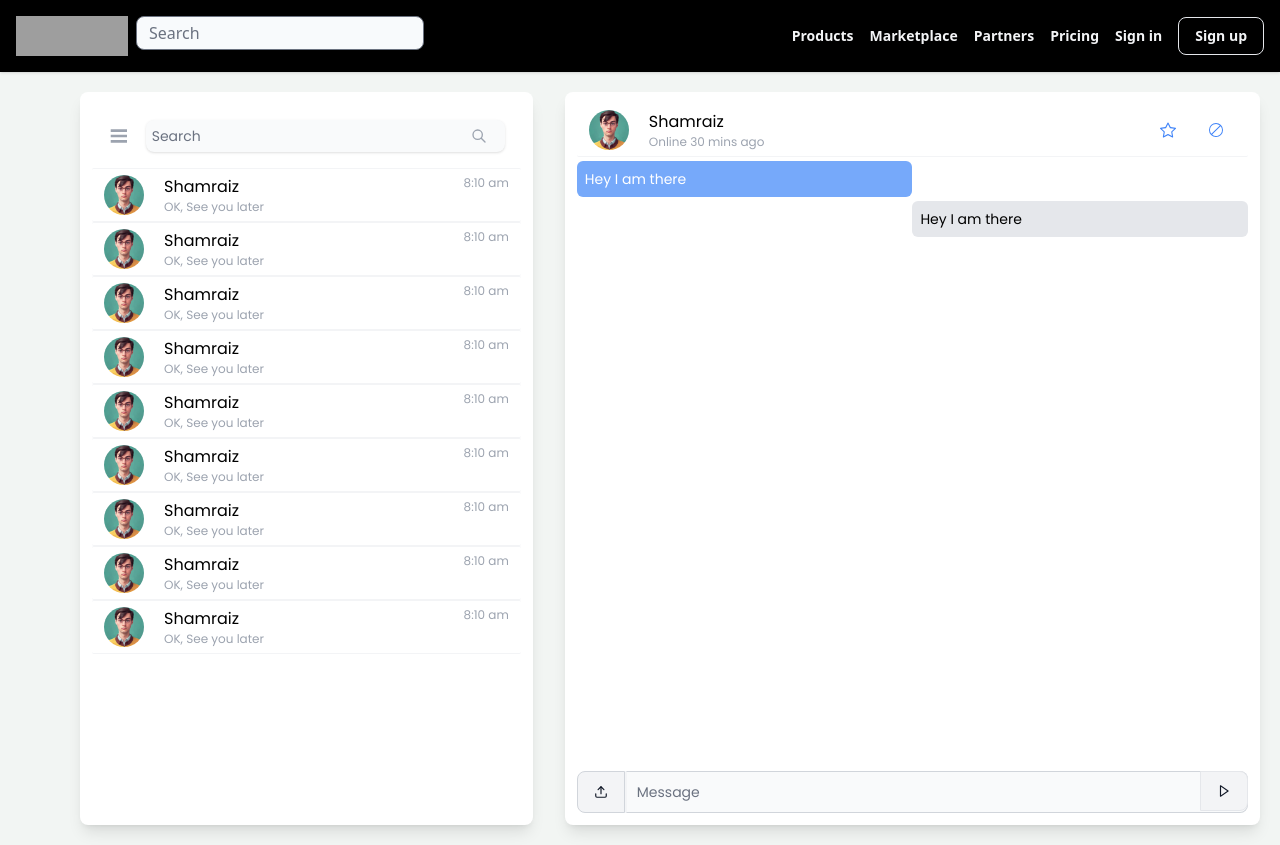
Repository: Shamraiz761/Frontend-Assessment
Page: /chat
These files come from the project's save history. The page is drawn as it stood at one moment and after the next save; the edit follows.
The browser window is 1280 px wide. The pictures show the whole page.
Pictures or frames that could not be fetched are drawn as grey boxes. The project was rebuilt for these pictures with package versions that can differ from the ones it lists, and the page was loaded fresh each time. Also part of the build but not shown: vite.config.js, src/routes/index.css, src/routes/root.jsx, src/pages/orders/index.jsx, src/pages/submission/index.jsx, src/pages/admin/index.css, src/components/admin/card.jsx, src/components/admin/addCard.jsx and 4 more. Imported but missing from the stored project, and not drawn on this page: src/pages/auth/login, src/pages/tasks, src/routes/profileLayout.

Above is the page before, as saved 2023-07-06 13:56:50.

### src/main.jsx
import ReactDOM from 'react-dom/client'

import React from 'react'

import App from './App.jsx'
import './index.css'

ReactDOM.createRoot(document.getElementById('root')).render(
  <React.StrictMode>
    <App />
  </React.StrictMode>,
)

### src/App.jsx
import React from 'react'
import { DndProvider } from 'react-dnd'
import { HTML5Backend } from 'react-dnd-html5-backend'
import 'flowbite'

import AppRoutes from './routes'

export default function App() {
  return (
    <DndProvider backend={HTML5Backend}>
      <AppRoutes />
    </DndProvider>
  )
}

### src/index.css
@import url("https://fonts.googleapis.com/css2?family=Poppins:wght@400;500;600;700;800;900&display=swap");

@tailwind base;
@tailwind components;
@tailwind utilities;

* {
  margin: 0;
  padding: 0;
}

body {
  margin: 0;
  font-family: "Poppins", -apple-system, BlinkMacSystemFont, "Segoe UI",
    "Roboto", "Oxygen", "Ubuntu", "Cantarell", "Fira Sans", "Droid Sans",
    "Helvetica Neue", sans-serif;
  -webkit-font-smoothing: antialiased;
  -moz-osx-font-smoothing: grayscale;
  width: 100vw;
  overflow-x: hidden;
  background-color: #f2f5f3;
  /* background: linear-gradient(180deg, #faefe8 0%, #edc7ac 100%); */
}

code {
  font-family: source-code-pro, Menlo, Monaco, Consolas, "Courier New",
    monospace;
}

.pointer-cursor {
  cursor: pointer;
}

.cusBorder {
  border: 1px solid #000;
  border-radius: 5px;
}

img {
  cursor: pointer;
}
.errors {
  color: #dc3545;
  padding: 0;
  margin: 0;
  font-size: 12px;
}
.loader {
  position: fixed;
  top: 0;
  bottom: 0;
  left: 0;
  right: 0;
  background-color: rgba(47, 151, 161, 0.32);

  display: flex;
  justify-content: center;
  align-items: center;
}

.link {
  color: #000;
  cursor: pointer;
  text-decoration: none;
}
.link:hover {
  color: #000;
}

.trans-btn {
  background-color: transparent;
  border: none;
}
.profile-logout-btn {
  border: 0;
}
.profile-logout-btn:hover {
  border: 0;
}
.profile-btn {
  border-radius: 0;
  border: 0;
}
.logout-btn {
  border-radius: 0;
  border: 0;
}
.logout-btn:hover {
  background-color: rgba(220, 53, 69, 0.5);
  border: 0;
  color: #fff;
}
.breadcrumbs ul {
  list-style: none;
  display: inline-block;
}

.breadcrumbs ul li {
  display: inline;
}

.breadcrumbs ul li .bc-link {
  /* display: block; */
  width: max-content;
  background-color: #f8f9fa;
  padding: 6px 15px 6px 25px;
  text-align: center;
  position: relative;
  margin: 0 10px 0 0;
  font-size: 15px;
  text-decoration: none;
  color: #000;
}
.breadcrumbs ul li .bc-link::after {
  content: "";
  border-top: 17px solid transparent;
  border-bottom: 17px solid transparent;
  border-left: 17px solid #f8f9fa;
  position: absolute;
  top: 0;
  right: -17px;
  z-index: 1;
}
.breadcrumbs ul li .bc-link::before {
  content: "";
  border-top: 17px solid transparent;
  border-bottom: 17px solid transparent;
  border-left: 17px solid #71cdd5;
  position: absolute;
  top: 0;
  left: 0;
}
.breadcrumbs ul li:first-child .bc-link {
  border-top-left-radius: 5px;
  border-bottom-left-radius: 5px;
}
.breadcrumbs ul li:first-child .bc-link::before {
  display: none;
}

.breadcrumbs ul li:last-child .bc-link {
  padding-right: 20px;
  border-top-right-radius: 5px;
  border-bottom-right-radius: 5px;
}
.breadcrumbs ul li:last-child .bc-link::after {
  display: none;
}

@media screen and (max-width: 500px) {
  .breadcrumbs ul li .bc-link {
    /* display: block; */
    padding: 2px 2px 2px 13px;
    /* margin: 0 10px 0 0; */
    font-size: 14px;
  }

  .breadcrumbs ul li .bc-link::after {
    content: "";
    border-top: 11.6px solid transparent;
    border-bottom: 11.6px solid transparent;
    border-left: 11.6px solid #f8f9fa;
    position: absolute;
    top: 0;
    right: -11.6px;
    z-index: 1;
  }
  .breadcrumbs ul li .bc-link::before {
    content: "";
    border-top: 11.6px solid transparent;
    border-bottom: 11.6px solid transparent;
    border-left: 11.6px solid #71cdd5;
    position: absolute;
    top: 0;
    left: 0;
  }
  .breadcrumbs ul li:last-child .bc-link {
    padding-right: 5px;
  }
}

@media screen and (max-width: 350px) {
  .breadcrumbs ul li .bc-link {
    /* display: block; */
    padding: 2px 2px 2px 12px;
    /* margin: 0 10px 0 0; */
    font-size: 10px;
  }

  .breadcrumbs ul li .bc-link::after {
    content: "";
    border-top: 9px solid transparent;
    border-bottom: 9px solid transparent;
    border-left: 9px solid #f8f9fa;
    position: absolute;
    top: 0;
    right: -9px;
    z-index: 1;
  }
  .breadcrumbs ul li .bc-link::before {
    content: "";
    border-top: 9px solid transparent;
    border-bottom: 9px solid transparent;
    border-left: 9px solid #edc7ac;
    position: absolute;
    top: 0;
    left: 0;
  }
  .breadcrumbs ul li:last-child .bc-link {
    padding-right: 5px;
  }
}

/* ********************************************** */

### src/routes/index.jsx
import {
  createBrowserRouter,
  createRoutesFromElements,
  RouterProvider,
  Route,
} from "react-router-dom";

import * as React from "react";

import Layout from "./layout";
import Root from "./root";

import Login from "../pages/auth/login";
import Chat from "../pages/chat";
import UserChat from "../components/chat/userChat";
import ProfileLayout from "./profileLayout";
import Tasks from "../pages/tasks";
import Orders from "../pages/orders";
import Submission from "../pages/submission";
import Admin from "../pages/admin";
import MarketPlace from "../pages/marketplace";
import View from "../pages/view";

export default function AppRoutes() {
  const router = createBrowserRouter(
    createRoutesFromElements(
      <Route>
        <Route path="/login" element={<Login />} />

        <Route element={<Layout />}>
          <Route path="/chat" element={<Chat />}>
            <Route path="userchat" element={<UserChat />} />
          </Route>
          <Route path="/marketplace" element={<MarketPlace />} />
          <Route path="/view" element={<View />} />

          <Route path={"/"} element={<ProfileLayout />}>
            {/* Add Task order payment submit route here */}
            <Route path="/admin" element={<Admin />} />
            <Route path="/" element={<Tasks />} />
            <Route path="/orders" element={<Orders />} />
            <Route path="/tasks" element={<Tasks />} />
            <Route path="/submission" element={<Submission />} />
          </Route>
        </Route>
      </Route>
    )
  );

  return <RouterProvider router={router} />;
}

### src/routes/layout.jsx
import { Link, Outlet, useLocation, useNavigate } from "react-router-dom";
import { Gi3DGlasses } from "react-icons/gi";
import { CgProfile } from "react-icons/cg";
import { BsArrowLeft, BsFillChatSquareTextFill } from "react-icons/bs";
import { MdOutlineDashboard, MdOutlineCastForEducation } from "react-icons/md";
import "./index.css";

import React, { useState } from "react";
import Header from "../components/header/index";

export default function Layout() {
  const [open, setOpen] = useState(false);
  const [type, setType] = useState(false);
  const navigate = useNavigate();

  const { pathname } = useLocation();

  const sc =
    "rounded-md text-xs flex items-center gap-x-4 cursor-pointer bg-gray-50 text-blue-500 py-4 p-2";
  const uc =
    "rounded-md text-gray-500  text-xs flex items-center gap-x-4 cursor-pointer hover:bg-gray-50 hover:text-blue-500 py-4 p-2";

  return (
    <div>
      <Header />

      <div className={`${open ? "ml-56" : "ml-[60px]"}`}>
        <Outlet />
      </div>
    </div>
  );
}

### src/pages/chat/index.jsx
import { VscThreeBars } from "react-icons/vsc";

import React from "react";

import UserChat from "../../components/chat/userChat";
import ChatsCard from "../../components/chat/chatsCard";

function Chat() {
  return (
    <div className="m-5 grid grid-cols-1 md:grid-cols-5  gap-8 flex-wrap">
      <div className="col-span-1 md:col-span-2 p-3 bg-white rounded-lg shadow-lg min-h-screen">
        <form className="m-4">
          <div className="flex items-center">
            <VscThreeBars className=" mr-4   rounded-lg text-gray-400 cursor-pointer text-2xl" />
            <div className="relative w-full  ">
              <input
                type="search"
                id='location-search"'
                className=" p-1.5 w-full focus:ring-gray-300  z-20 text-sm text-gray-200 bg-gray-50 shadow rounded-lg"
                placeholder="Search"
                required
                style={{ border: "none", outline: "none" }}
              />

              <button
                type="submit"
                className="absolute top-0 right-0 p-1.5 text-sm font-medium text-gray-400  rounded-r-lg   "
              >
                <svg
                  aria-hidden="true"
                  className="w-4 h-4 mr-3 mt-0.5"
                  fill="none"
                  stroke="currentColor"
                  viewBox="0 0 24 24"
                  xmlns="http://www.w3.org/2000/svg"
                >
                  <path
                    strokeLinecap="round"
                    strokeLinejoin="round"
                    strokeWidth={2}
                    d="M21 21l-6-6m2-5a7 7 0 11-14 0 7 7 0 0114 0z"
                  />
                </svg>
                <span className="sr-only">Search</span>
              </button>
            </div>
          </div>
        </form>
        <ChatsCard />
        <ChatsCard />
        <ChatsCard />
        <ChatsCard />
        <ChatsCard />
        <ChatsCard />
        <ChatsCard />
        <ChatsCard />
        <ChatsCard />
      </div>

      <UserChat />
    </div>
  );
}

export default Chat;

### src/components/chat/userChat.jsx
import { VscCircleSlash } from "react-icons/vsc";
import { BsStar } from "react-icons/bs";
import { FiUpload } from "react-icons/fi";
import { BiRightArrow } from "react-icons/bi";

import React from "react";

import Profile from "../../assets/images/profilePic.jpg";

function UserChat() {
  return (
    <div className="col-span-1 md:col-span-3 p-3  bg-white rounded-lg shadow-lg overflow-y">
      {" "}
      <div className="flex flex-row  px-3 py-1.5  border-b border-gray-100 rounded-sm ">
        <img src={Profile} className="h-10 w-10 rounded-full" />
        <div className="ml-5 flex flex-row justify-between w-full ">
          <div>
            {" "}
            <h1>Shamraiz</h1>{" "}
            <p className="text-xs font-thin text-gray-400">
              Online 30 mins ago
            </p>
          </div>
          <div className="flex flex-row items-center">
            <BsStar className="text-blue-500 mr-8" />
            <VscCircleSlash className="text-blue-500 mr-3" />
          </div>
        </div>
      </div>
      <div className="chats ">
        <p className="text-sm bg-blue-400 rounded-md my-1 p-2 text-white flex flex-col  justify-end w-1/2">
          Hey I am there
        </p>

        <p className="text-sm bg-gray-200 rounded-md p-2  flex flex-col float-right justify-end w-1/2">
          Hey I am there
        </p>
      </div>
      <div
        className="flex flex-col w-full  justify-end "
        style={{ height: "80vh" }}
      >
        <form className=" ">
          <div className="flex">
            <button
              id="dropdown-button"
              data-dropdown-toggle="dropdown"
              className="flex-shrink-0 z-10 inline-flex items-center py-2.5 px-4 text-sm font-medium text-center text-gray-900 bg-gray-100 border border-gray-300 dark:border-gray-700 dark:text-white rounded-l-lg hover:bg-gray-200  focus:outline-none "
              type="button"
            >
              <FiUpload />
            </button>
            <div
              id="dropdown"
              className="z-10 hidden bg-white divide-y divide-gray-100 rounded-lg shadow w-44 dark:bg-gray-700"
            >
              <ul
                className="py-2 text-sm text-gray-700 dark:text-gray-200"
                aria-labelledby="dropdown-button"
              >
                <li>
                  <a
                    href="#"
                    className="block px-4 py-2 hover:bg-gray-100 dark:hover:bg-gray-600 dark:hover:text-white"
                  >
                    Photo
                  </a>
                </li>
                <li>
                  <a
                    href="#"
                    className="block px-4 py-2 hover:bg-gray-100 dark:hover:bg-gray-600 dark:hover:text-white"
                  >
                    Vedio
                  </a>
                </li>
                <li>
                  <a
                    href="#"
                    className="block px-4 py-2 hover:bg-gray-100 dark:hover:bg-gray-600 dark:hover:text-white"
                  >
                    Document
                  </a>
                </li>
                <li>
                  <a
                    href="#"
                    className="block px-4 py-2 hover:bg-gray-100 dark:hover:bg-gray-600 dark:hover:text-white"
                  >
                    Finance
                  </a>
                </li>
              </ul>
            </div>
            <div className="relative w-full">
              <input
                type="search"
                id="search-dropdown"
                className="block p-2.5 w-full z-20 text-sm text-gray-900 bg-gray-50 rounded-r-lg border-l-gray-100 border-l-2 border border-gray-300 focus:ring-blue-500 focus:border-blue-500 dark:bg-gray-700 dark:border-gray-600 dark:placeholder-gray-400 dark:text-white dark:focus:border-blue-500"
                placeholder="Message"
              />
              <button
                type="submit"
                className="absolute top-0 right-0 z-10 py-3 px-4 text-sm font-medium text-gray-900 bg-gray-100 rounded-r-lg border "
              >
                <BiRightArrow />
              </button>
            </div>
          </div>
        </form>
      </div>
    </div>
  );
}

export default UserChat;

### src/components/header/index.jsx
import { IoIosNotifications } from "react-icons/io";
import { Dropdown } from "flowbite-react";
import { CgProfile } from "react-icons/cg";

import React from "react";
import { Link } from "react-router-dom";

function Header() {
  const [notification, setNotification] = React.useState(false);
  const [profile, setProfile] = React.useState(false);

  return (
    <div>
      {/* component */}

      <div class="bg-gray-100 font-sans w-full  m-0">
        <div class="bg-black text-white shadow">
          <div class="container mx-auto px-4">
            <div class="flex items-center justify-between py-4">
              <div className="flex flex-row justify-between">
                <img
                  src="https://envoycan.com/wp-content/uploads/2023/06/Asset-31@4x-e1686576126889.png"
                  class="w-28 h-10 text-white"
                />

                <div className="hidden sm:block flex-shrink flex-grow-0 justify-start px-2">
                  <div className="inline-block">
                    <div className="inline-flex items-center max-w-full">
                      <input
                        className="flex items-center text-gray-400 bg-slate-50 justify-between  flex-grow-0  relative w-72 border rounded-lg  py-1"
                        type="search"
                        placeholder="Search"
                      />

                      <div className="flex items-center justify-center relative  h-8 w-24 rounded-full"></div>
                    </div>
                  </div>
                </div>
              </div>

              <div className="flex flex-row">
                <div class="hidden sm:flex sm:items-center mr-4">
                  <a
                    href="#"
                    class="text-gray-100 text-sm font-semibold hover:text-purple-600 mr-4"
                  >
                    Products
                  </a>
                  <a
                    href="#"
                    class="text-gray-100 text-sm font-semibold hover:text-purple-600 mr-4"
                  >
                    Marketplace
                  </a>
                  <a
                    href="#"
                    class="text-gray-100 text-sm font-semibold hover:text-purple-600 mr-4"
                  >
                    Partners
                  </a>
                  <a
                    href="#"
                    class="text-gray-100 text-sm font-semibold hover:text-purple-600"
                  >
                    Pricing
                  </a>
                </div>

                <div class="hidden sm:flex sm:items-center">
                  <a
                    href="#"
                    class="text-gray-100 text-sm font-semibold hover:text-purple-600 mr-4"
                  >
                    Sign in
                  </a>
                  <a
                    href="#"
                    class="text-gray-100 text-sm font-semibold border px-4 py-2 rounded-lg hover:text-purple-600 hover:border-purple-600"
                  >
                    Sign up
                  </a>
                </div>
              </div>
              <div class="sm:hidden cursor-pointer">
                <svg
                  xmlns="http://www.w3.org/2000/svg"
                  class="w-6 h-6 text-purple-600"
                  viewBox="0 0 24 24"
                >
                  <path
                    fill="currentColor"
                    d="M12.9499909,17 C12.7183558,18.1411202 11.709479,19 10.5,19 C9.29052104,19 8.28164422,18.1411202 8.05000906,17 L3.5,17 C3.22385763,17 3,16.7761424 3,16.5 C3,16.2238576 3.22385763,16 3.5,16 L8.05000906,16 C8.28164422,14.8588798 9.29052104,14 10.5,14 C11.709479,14 12.7183558,14.8588798 12.9499909,16 L20.5,16 C20.7761424,16 21,16.2238576 21,16.5 C21,16.7761424 20.7761424,17 20.5,17 L12.9499909,17 Z M18.9499909,12 C18.7183558,13.1411202 17.709479,14 16.5,14 C15.290521,14 14.2816442,13.1411202 14.0500091,12 L3.5,12 C3.22385763,12 3,11.7761424 3,11.5 C3,11.2238576 3.22385763,11 3.5,11 L14.0500091,11 C14.2816442,9.85887984 15.290521,9 16.5,9 C17.709479,9 18.7183558,9.85887984 18.9499909,11 L20.5,11 C20.7761424,11 21,11.2238576 21,11.5 C21,11.7761424 20.7761424,12 20.5,12 L18.9499909,12 Z M9.94999094,7 C9.71835578,8.14112016 8.70947896,9 7.5,9 C6.29052104,9 5.28164422,8.14112016 5.05000906,7 L3.5,7 C3.22385763,7 3,6.77614237 3,6.5 C3,6.22385763 3.22385763,6 3.5,6 L5.05000906,6 C5.28164422,4.85887984 6.29052104,4 7.5,4 C8.70947896,4 9.71835578,4.85887984 9.94999094,6 L20.5,6 C20.7761424,6 21,6.22385763 21,6.5 C21,6.77614237 20.7761424,7 20.5,7 L9.94999094,7 Z M7.5,8 C8.32842712,8 9,7.32842712 9,6.5 C9,5.67157288 8.32842712,5 7.5,5 C6.67157288,5 6,5.67157288 6,6.5 C6,7.32842712 6.67157288,8 7.5,8 Z M16.5,13 C17.3284271,13 18,12.3284271 18,11.5 C18,10.6715729 17.3284271,10 16.5,10 C15.6715729,10 15,10.6715729 15,11.5 C15,12.3284271 15.6715729,13 16.5,13 Z M10.5,18 C11.3284271,18 12,17.3284271 12,16.5 C12,15.6715729 11.3284271,15 10.5,15 C9.67157288,15 9,15.6715729 9,16.5 C9,17.3284271 9.67157288,18 10.5,18 Z"
                  />
                </svg>
              </div>
            </div>

            <div class="block sm:hidden bg-white border-t-2 py-2">
              <div class="flex flex-col">
                <a
                  href="#"
                  class="text-gray-100 text-sm font-semibold hover:text-purple-600 mb-1"
                >
                  Products
                </a>
                <a
                  href="#"
                  class="text-gray-100 text-sm font-semibold hover:text-purple-600 mb-1"
                >
                  Marketplace
                </a>
                <a
                  href="#"
                  class="text-gray-100 text-sm font-semibold hover:text-purple-600 mb-1"
                >
                  Partners
                </a>
                <a
                  href="#"
                  class="text-gray-100 text-sm font-semibold hover:text-purple-600 mb-1"
                >
                  Pricing
                </a>
                <div class="flex justify-between items-center border-t-2 pt-2">
                  <a
                    href="#"
                    class="text-gray-100 text-sm font-semibold hover:text-purple-600 mr-4"
                  >
                    Sign in
                  </a>
                  <a
                    href="#"
                    class="text-gray-100 text-sm font-semibold border px-4 py-1 rounded-lg hover:text-purple-600 hover:border-purple-600"
                  >
                    Sign up
                  </a>
                </div>
              </div>
            </div>
          </div>
        </div>
      </div>
    </div>
  );
}

export default Header;

### src/components/chat/chatsCard.jsx
import React from "react";

import Profile from "../../assets/images/profilePic.jpg";

function ChatsCard() {
  return (
    <div className="flex flex-row px-3 py-1.5  border-y border-gray-100 rounded-sm hover:bg-blue-200">
      <img src={Profile} className="h-10 w-10 rounded-full" />
      <div className="ml-5 flex flex-row justify-between w-full ">
        <div>
          {" "}
          <h1>Shamraiz</h1>{" "}
          <p className="text-xs font-thin text-gray-400">OK, See you later</p>
        </div>
        <p className="text-xs font-thin text-gray-400">8:10 am</p>
      </div>
    </div>
  );
}

export default ChatsCard;

### tailwind.config.cjs
const colors = require('tailwindcss/colors');
const defaultTheme = require('tailwindcss/defaultTheme');

module.exports = {
  content: ['./src/**/*.{js,jsx,ts,tsx}', "node_modules/flowbite/**/*.js"],
  theme: {
    extend: {
      colors: {
        // set primary color from figma
        // primary: {
        // },
      },
      fontFamily: {
        poppins: ['Poppins', ...defaultTheme.fontFamily.sans],
      },
      fontSize: {
        xxs: '0.5rem',
      },
    },
  },
  plugins: [
    require('flowbite/plugin')
  ],

};

Loaded but not shown: index.html (common file)

After the next save:
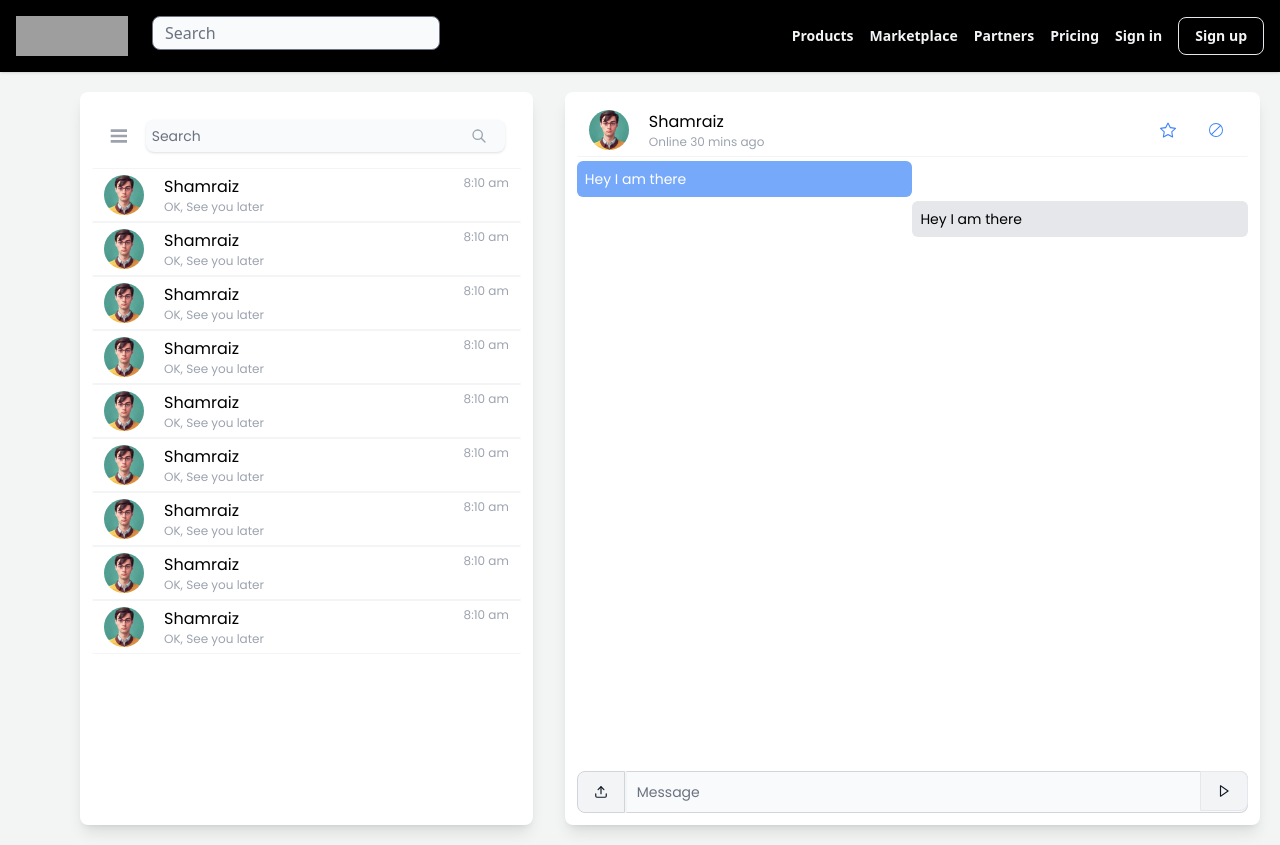
Saved 9 s later.
--- a/src/components/header/index.jsx
+++ b/src/components/header/index.jsx
@@ -20,7 +20,7 @@ function Header() {
               <div className="flex flex-row justify-between">
                 <img
                   src="https://envoycan.com/wp-content/uploads/2023/06/Asset-31@4x-e1686576126889.png"
-                  class="w-28 h-10 text-white"
+                  class="w-28 h-10 text-white mr-4"
                 />
 
                 <div className="hidden sm:block flex-shrink flex-grow-0 justify-start px-2">
